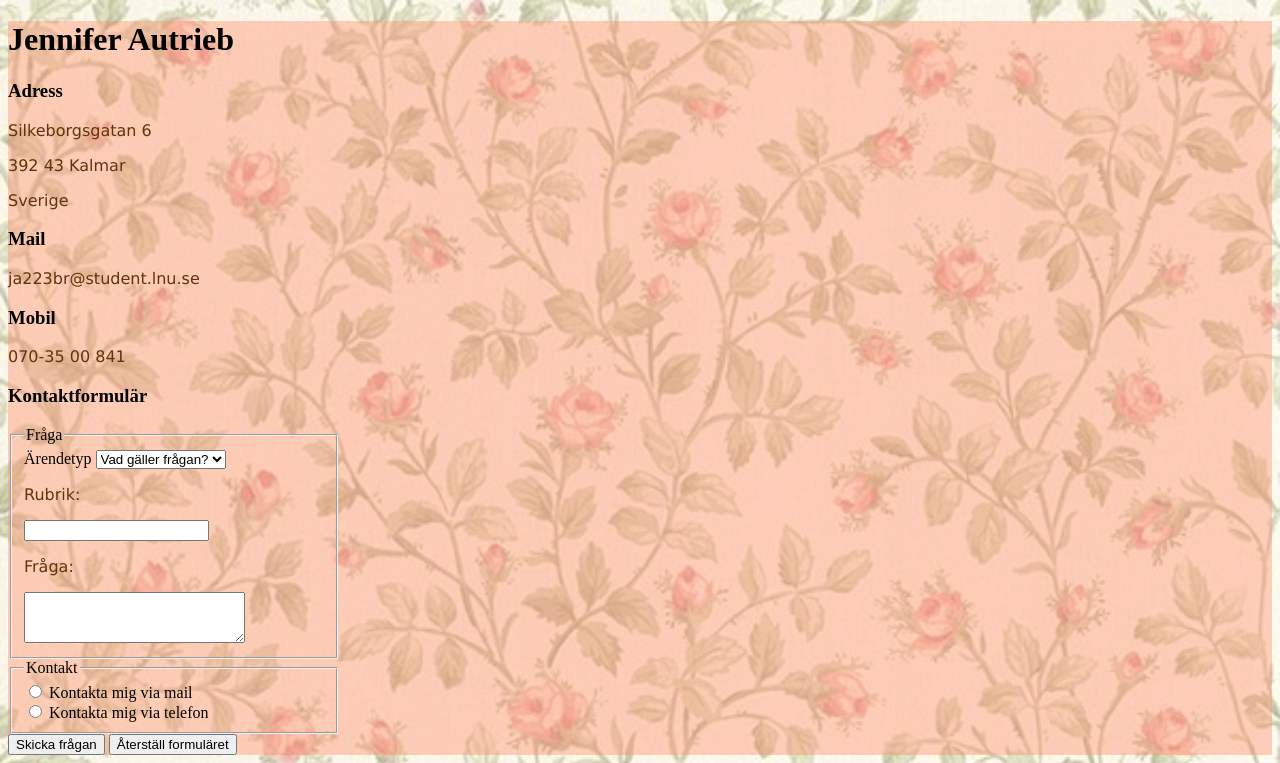
Repository: JeAut/1ik415-JeAut-laborationer
Page: WWW/pages/kontakt.html
The author's editor kept a record of every edit. The page is drawn from the files as they stood at one moment, then again after the next edit.
The browser window is 1280 px wide. The pictures show the whole page.

Above is the page before.

After the next edit:
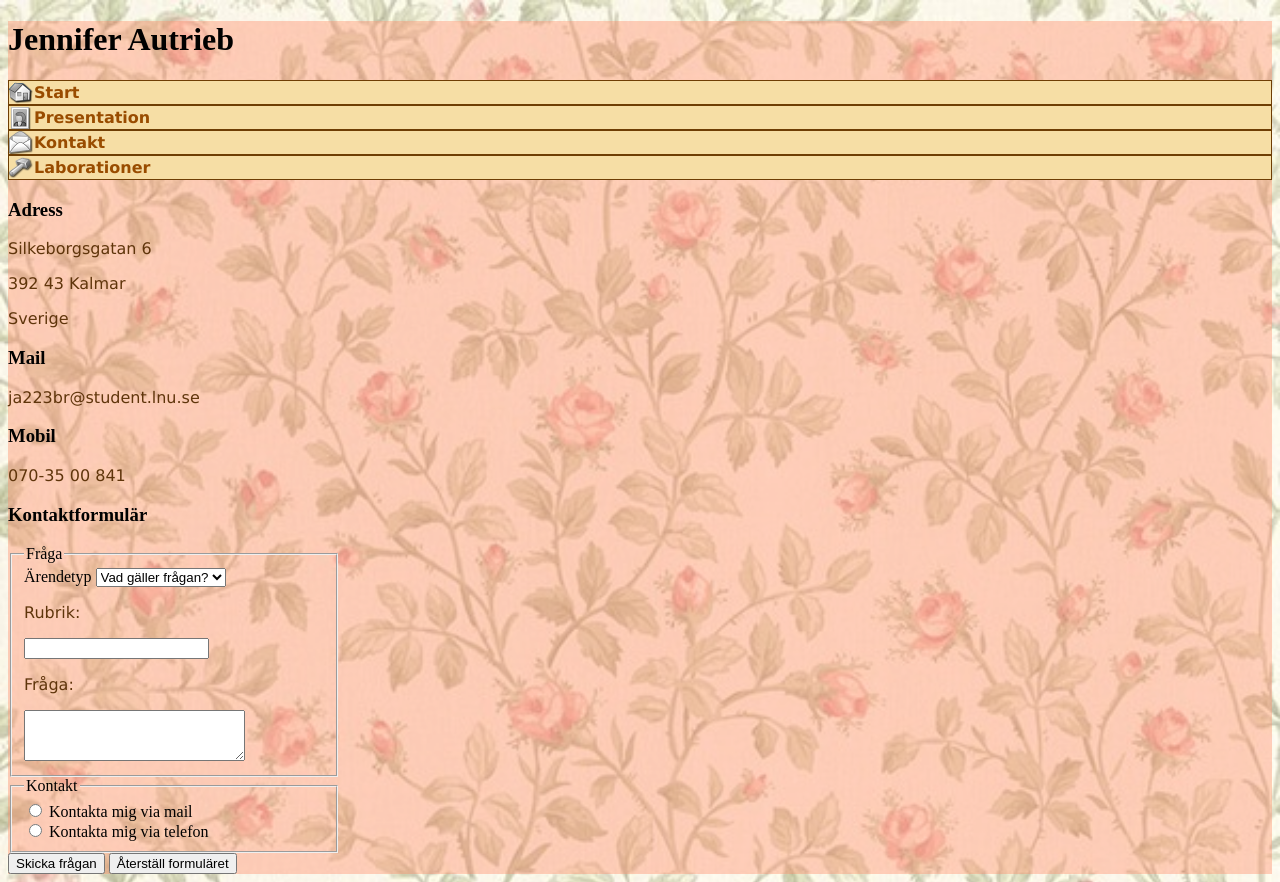
The edit:
--- a/WWW/pages/kontakt.html
+++ b/WWW/pages/kontakt.html
@@ -13,6 +13,15 @@
     <div id="bgimage">
         <div id="body">
         <div id="header"><h1>Jennifer Autrieb</h1></div>
+
+        <div id="navigation">
+    <ul>
+        <li><a href="../index.html" class="buttonstart"> Start</a></li>
+        <li><a href="WWW/pages/Presentation.html" class="buttonpresent"> Presentation</a></li>
+        <li><a href="WWW/pages/kontakt.html" class="buttonkontakt"> Kontakt</a></li>
+        <li><a href="WWW/pages/laborationer.html" class="buttonlabb"> Laborationer</a></li>
+    </ul>
+</div>
 
        <!--
         <ul class="sidemenu">
